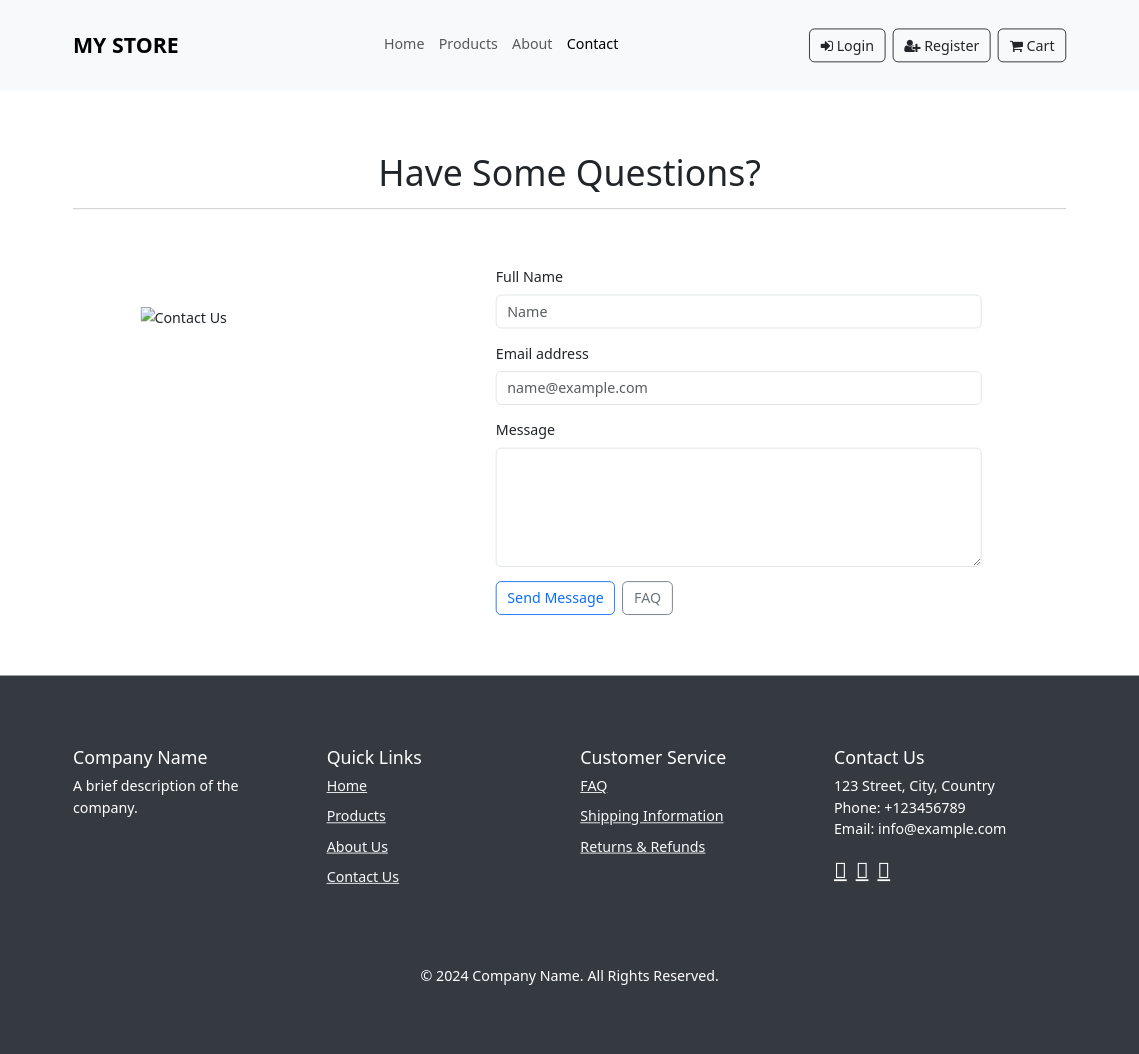
Repository: asad3407886839/E-commerce-Store
Page: /contact (app in vite-project/)
An editor plug-in stored every save of this project. The page is shown before and after the next save, followed by the edit.
The browser window is 1280 px wide. The pictures show the whole page, at 89% of full size.
The project was rebuilt for these pictures with package versions that can differ from the ones it lists, and the page was loaded fresh each time. Also part of the build but not shown: vite-project/vite.config.js, vite-project/src/components/Products.jsx, vite-project/src/components/Home.jsx, vite-project/src/components/Product.jsx, vite-project/src/components/AboutUs.jsx, vite-project/src/components/LoginForm.jsx, vite-project/src/components/Register.jsx, vite-project/src/components/Cart.jsx and 2 more.

Above is the page before, as saved 2024-07-09 18:44:58.

### vite-project/src/main.jsx
// index.js or main.js (entry point)
import React from 'react';
import ReactDOM from 'react-dom';
import App from './App';
import { CartProvider } from './CartContext'; // Import CartProvider
import './index.css';
import 'bootstrap/dist/css/bootstrap.min.css';
import 'bootstrap/dist/js/bootstrap.bundle';
import 'font-awesome/css/font-awesome.min.css';

ReactDOM.render(
    <React.StrictMode>
        <CartProvider> {/* Wrap App with CartProvider */}
            <App />
        </CartProvider>
    </React.StrictMode>,
    document.getElementById('root')
);

### vite-project/src/App.jsx
// App.jsx
import React from 'react';
import { BrowserRouter, Routes, Route } from 'react-router-dom';
import Navbar from './components/Navbar';
import Home from './components/Home';
import Products from './components/Products';
import Product from './components/Product';
import Contact from './components/Contact';
import AboutUs from './components/AboutUs';
import LoginForm from './components/LoginForm';
import Register from './components/Register';
import Footer from './components/Footer';
import Cart from './components/Cart';
import PaymentMethod from './components/PaymentMethod'; // Import PaymentMethod component
//import Checkout from './components/Checkout'; // Import Checkout component
import { CartProvider } from './CartContext'; // Import CartProvider

const App = () => {
  return (
    <CartProvider>
      <div>
        <BrowserRouter>
          <Navbar />
          <Routes>
            <Route path="/" element={<Home />} />
            <Route path="/products" element={<Products />} />
            <Route path="/products/:id" element={<Product />} />
            <Route path="/about" element={<AboutUs />} />
            <Route path="/contact" element={<Contact />} />
            <Route path="/login" element={<LoginForm />} />
            <Route path="/register" element={<Register />} />
            <Route path="/cart" element={<Cart />} />
            <Route path="/payment" element={<PaymentMethod />} /> {/* Route for PaymentMethod */}

          </Routes>
          <Footer />
        </BrowserRouter>
      </div>
    </CartProvider>
  );
};

export default App;

### vite-project/src/CartContext.jsx
import React, { createContext, useState } from 'react';

export const CartContext = createContext();

export const CartProvider = ({ children }) => {
    const [cartItems, setCartItems] = useState([]);

    const addToCart = (product) => {
        // Check if item already exists in cart
        const existingItem = cartItems.find(item => item.id === product.id);
        if (existingItem) {
            // If item exists, increase quantity
            const updatedCartItems = cartItems.map(item => {
                if (item.id === product.id) {
                    return { ...item, quantity: item.quantity + 1 };
                }
                return item;
            });
            setCartItems(updatedCartItems);
        } else {
            // If item doesn't exist, add it to cart with quantity 1
            setCartItems([...cartItems, { ...product, quantity: 1 }]);
        }
    };

    const removeFromCart = (productId) => {
        setCartItems(cartItems.filter(item => item.id !== productId));
    };

    const increaseQuantity = (productId) => {
        const updatedCartItems = cartItems.map(item => {
            if (item.id === productId) {
                return { ...item, quantity: item.quantity + 1 };
            }
            return item;
        });
        setCartItems(updatedCartItems);
    };

    const decreaseQuantity = (productId) => {
        const updatedCartItems = cartItems.map(item => {
            if (item.id === productId && item.quantity > 1) {
                return { ...item, quantity: item.quantity - 1 };
            }
            return item;
        });
        setCartItems(updatedCartItems);
    };

    const clearCart = () => {
        setCartItems([]);
    };

    return (
        <CartContext.Provider value={{ cartItems, addToCart, removeFromCart, increaseQuantity, decreaseQuantity, clearCart }}>
            {children}
        </CartContext.Provider>
    );
};

### vite-project/src/components/Navbar.jsx
import React from 'react';
import { NavLink } from 'react-router-dom';

const Navbar = () => {
  return (
    <div>
      <nav className="navbar navbar-expand-lg navbar-light bg-light">
        <div className="container">
          <NavLink className="navbar-brand fw-bold fs-4" to="/">MY STORE</NavLink>
          <button
            className="navbar-toggler"
            type="button"
            data-bs-toggle="collapse"
            data-bs-target="#navbarSupportedContent"
            aria-controls="navbarSupportedContent"
            aria-expanded="false"
            aria-label="Toggle navigation"
          >
            <span className="navbar-toggler-icon"></span>
          </button>
          <div className="collapse navbar-collapse" id="navbarSupportedContent">
            <ul className="navbar-nav mx-auto mb-2 mb-lg-0">
              <li className="nav-item">
                <NavLink className="nav-link" exact to="/">Home</NavLink>
              </li>
              <li className="nav-item">
                <NavLink className="nav-link" to="/products">Products</NavLink>
              </li>
              <li className="nav-item">
                <NavLink className="nav-link" to="/about">About</NavLink>
              </li>
              <li className="nav-item">
                <NavLink className="nav-link" to="/contact">Contact</NavLink>
              </li>
            </ul>
            <div className="buttons">
              <NavLink to="/login" className="btn btn-outline-dark">
                <i className="fa fa-sign-in"></i> Login
              </NavLink>
              <NavLink to="/register" className="btn btn-outline-dark ms-2">
                <i className="fa fa-user-plus"></i> Register
              </NavLink>
              <NavLink to="/cart" className="btn btn-outline-dark ms-2">
                <i className="fa fa-shopping-cart"></i> Cart
              </NavLink>
            </div>
          </div>
        </div>
      </nav>
    </div>
  );
};

export default Navbar;

### vite-project/src/components/Contact.jsx
import React from 'react';
import { Link } from 'react-router-dom';

const Contact = () => {
  return (
    <div className="container mb-5">
      <div className="row">
        <div className="col-12 text-center py-4 my-4">
          <h1>Have Some Questions?</h1>
          <hr />
        </div>
      </div>
      <div className="row">
        <div className="col-md-5 d-flex justify-content-center align-items-center">
          <img src="https://avatars.mds.yandex.net/i?id=d19b1794870d4bfc015400de61d0a8a2b16c137e0df597a5-11932700-images-thumbs&n=13" alt="Contact Us" height="300px" width="300px" />
        </div>
        <div className="col-md-6">
          <form>
            <div className="mb-3">
              <label htmlFor="exampleForm" className="form-label">Full Name</label>
              <input type="text" className="form-control" id="exampleForm" placeholder="Name" />
            </div>
            <div className="mb-3">
              <label htmlFor="exampleFormControlInput1" className="form-label">Email address</label>
              <input type="email" className="form-control" id="exampleFormControlInput1" placeholder="name@example.com" />
            </div>
            <div className="mb-3">
              <label htmlFor="exampleFormControlTextarea1" className="form-label">Message</label>
              <textarea className="form-control" id="exampleFormControlTextarea1" rows="5"></textarea>
            </div>
            <button type="submit" className="btn btn-outline-primary me-2">Send Message</button>
            <Link to="/faq" className="btn btn-outline-secondary">FAQ</Link>
          </form>
        </div>
      </div>
    </div>
  );
};

export default Contact;

### vite-project/src/components/Footer.jsx
// components/Footer.js
import React from 'react';
import { Link } from 'react-router-dom';

const Footer = () => {
  const footerStyle = {
    backgroundColor: '#343a40',
    color: '#fff',
    padding: '60px 0',
  };

  const listStyle = {
    padding: 0,
    listStyle: 'none',
  };

  const listItemStyle = {
    marginBottom: '10px',
  };

  const socialIconsStyle = {
    display: 'inline-block',
    marginRight: '10px',
  };

  const socialIconLinkStyle = {
    color: '#fff',
    fontSize: '24px',
  };

  const socialIconLinkHoverStyle = {
    color: '#ffc107',
  };

  return (
    <footer style={footerStyle}>
      <div className="container">
        <div className="row">
          <div className="col-md-3 mb-4">
            <h5>Company Name</h5>
            <p>A brief description of the company.</p>
          </div>
          <div className="col-md-3 mb-4">
            <h5>Quick Links</h5>
            <ul style={listStyle}>
              <li style={listItemStyle}><Link to="/" className="text-light">Home</Link></li>
              <li style={listItemStyle}><Link to="/products" className="text-light">Products</Link></li>
              <li style={listItemStyle}><Link to="/about" className="text-light">About Us</Link></li>
              <li style={listItemStyle}><Link to="/contact" className="text-light">Contact Us</Link></li>
            </ul>
          </div>
          <div className="col-md-3 mb-4">
            <h5>Customer Service</h5>
            <ul style={listStyle}>
              <li style={listItemStyle}><Link to="/faq" className="text-light">FAQ</Link></li>
              <li style={listItemStyle}><Link to="/shipping" className="text-light">Shipping Information</Link></li>
              <li style={listItemStyle}><Link to="/returns" className="text-light">Returns & Refunds</Link></li>
            </ul>
          </div>
          <div className="col-md-3 mb-4">
            <h5>Contact Us</h5>
            <p>123 Street, City, Country<br />Phone: +123456789<br />Email: info@example.com</p>
            <ul className="list-inline" style={listStyle}>
              <li className="list-inline-item" style={socialIconsStyle}><a href="#" style={socialIconLinkStyle}><i className="fab fa-facebook"></i></a></li>
              <li className="list-inline-item" style={socialIconsStyle}><a href="#" style={socialIconLinkStyle}><i className="fab fa-twitter"></i></a></li>
              <li className="list-inline-item" style={socialIconsStyle}><a href="#" style={socialIconLinkStyle}><i className="fab fa-instagram"></i></a></li>
            </ul>
          </div>
        </div>
      </div>
      <div className="text-center mt-4">
        <p>&copy; {new Date().getFullYear()} Company Name. All Rights Reserved.</p>
      </div>
    </footer>
  );
};

export default Footer;

### vite-project/src/components/Cart.css
.cart-container {
    max-width: 800px;
    margin: 0 auto;
}

.cart-item {
    border: 1px solid #ddd;
    border-radius: 8px;
    padding: 15px;
    box-shadow: 0 2px 4px rgba(0, 0, 0, 0.1);
    display: flex;
    align-items: center;
    justify-content: space-between;
    gap: 20px;
}

.cart-image-container {
    flex: 0 0 100px;
}

.cart-image-container img {
    max-width: 100px;
    max-height: 100px;
}

.cart-item-details {
    flex-grow: 1;
}

h4 {
    font-size: 1.25rem;
    margin-bottom: 10px;
}

p {
    margin-bottom: 10px;
    font-size: 1rem;
}

.btn {
    font-size: 0.9rem;
}

.btn-buy {
    background-color: #007bff;
    color: white;
    padding: 10px 20px;
    border: none;
    border-radius: 4px;
    cursor: pointer;
    transition: background-color 0.3s ease;
}

.btn-buy:hover {
    background-color: #0056b3;
}

.cart-total {
    margin-top: 20px;
}

.cart-total h4 {
    font-size: 1.5rem;
}

### vite-project/src/components/PaymentMethod.css
/* PaymentMethod.css */

.container {
    padding: 20px;
}

.payment-options {
    display: grid;
    gap: 20px;
    grid-template-columns: repeat(auto-fit, minmax(300px, 1fr));
}

.card {
    background-color: #fff;
    border: 1px solid #e0e0e0;
    border-radius: 8px;
    padding: 20px;
    box-shadow: 0 2px 4px rgba(0, 0, 0, 0.1);
    transition: transform 0.2s ease-in-out, background-color 0.2s;
    cursor: pointer;
}

.card:hover {
    transform: translateY(-5px);
}

.card.selected {
    background-color: #f8f9fa;
    border-color: #007bff;
}

.card-title {
    font-size: 1.5rem;
    margin-bottom: 10px;
    color: #333;
}

.card-text {
    font-size: 1.1rem;
    margin-bottom: 15px;
    color: #666;
}

ul {
    margin-bottom: 0;
    padding-left: 0;
}

li {
    list-style-type: none;
    margin-bottom: 5px;
    color: #888;
}

.payment-details {
    margin-top: 20px;
}

.form-control {
    width: 100%;
    padding: 10px;
    margin-bottom: 10px;
    border: 1px solid #ced4da;
    border-radius: 4px;
}

.btn-confirm {
    padding: 10px 20px;
    background-color: #007bff;
    color: #fff;
    border: none;
    border-radius: 4px;
    cursor: pointer;
}

.btn-confirm:hover {
    background-color: #0056b3;
}

.order-confirmation {
    margin-top: 20px;
    color: #28a745;
}

Loaded but not shown: vite-project/index.html (common file)

After the next save:
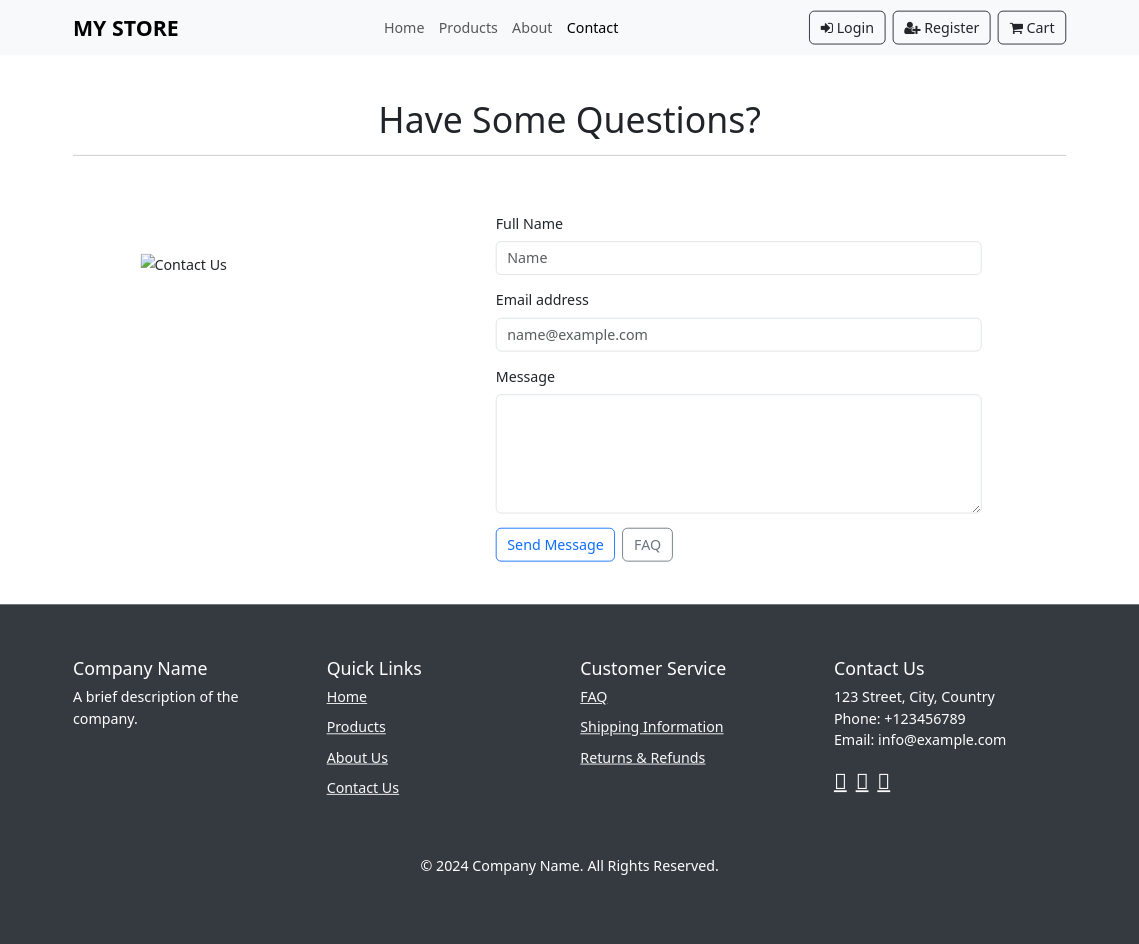
Saved 10 s later.
--- a/vite-project/src/components/PaymentMethod.css
+++ b/vite-project/src/components/PaymentMethod.css
@@ -1,83 +1,85 @@
-/* PaymentMethod.css */
-
-.container {
+.payment-container {
+    max-width: 800px;
+    margin: 0 auto;
     padding: 20px;
+    border: 1px solid #ddd;
+    border-radius: 8px;
+    box-shadow: 0 2px 4px rgba(0, 0, 0, 0.1);
+    background-color: #f9f9f9;
 }
 
 .payment-options {
-    display: grid;
+    display: flex;
+    flex-direction: column;
     gap: 20px;
-    grid-template-columns: repeat(auto-fit, minmax(300px, 1fr));
 }
 
-.card {
-    background-color: #fff;
-    border: 1px solid #e0e0e0;
+.payment-card {
+    border: 1px solid #ddd;
     border-radius: 8px;
-    padding: 20px;
-    box-shadow: 0 2px 4px rgba(0, 0, 0, 0.1);
-    transition: transform 0.2s ease-in-out, background-color 0.2s;
+    padding: 15px;
     cursor: pointer;
+    transition: background-color 0.3s ease;
 }
 
-.card:hover {
-    transform: translateY(-5px);
+.payment-card:hover {
+    background-color: #f0f0f0;
 }
 
-.card.selected {
-    background-color: #f8f9fa;
-    border-color: #007bff;
+.payment-card.selected {
+    background-color: #007bff;
+    color: white;
 }
 
-.card-title {
-    font-size: 1.5rem;
-    margin-bottom: 10px;
-    color: #333;
+.payment-card-body {
+    display: flex;
+    flex-direction: column;
+    gap: 10px;
 }
 
-.card-text {
-    font-size: 1.1rem;
-    margin-bottom: 15px;
-    color: #666;
+.payment-card-title {
+    font-size: 1.25rem;
+    margin-bottom: 10px;
 }
 
-ul {
-    margin-bottom: 0;
-    padding-left: 0;
-}
-
-li {
-    list-style-type: none;
-    margin-bottom: 5px;
-    color: #888;
+.payment-card-text {
+    font-size: 1rem;
 }
 
 .payment-details {
     margin-top: 20px;
 }
 
-.form-control {
+.payment-details .form-group {
+    margin-bottom: 15px;
+}
+
+.payment-details .form-group label {
+    display: block;
+    margin-bottom: 5px;
+}
+
+.payment-details .form-group input {
     width: 100%;
-    padding: 10px;
-    margin-bottom: 10px;
-    border: 1px solid #ced4da;
+    padding: 8px;
+    border: 1px solid #ddd;
     border-radius: 4px;
 }
 
-.btn-confirm {
+.btn-primary {
+    background-color: #007bff;
+    color: white;
     padding: 10px 20px;
-    background-color: #007bff;
-    color: #fff;
     border: none;
     border-radius: 4px;
     cursor: pointer;
+    transition: background-color 0.3s ease;
 }
 
-.btn-confirm:hover {
+.btn-primary:hover {
     background-color: #0056b3;
 }
 
-.order-confirmation {
+.alert-success {
     margin-top: 20px;
-    color: #28a745;
 }
